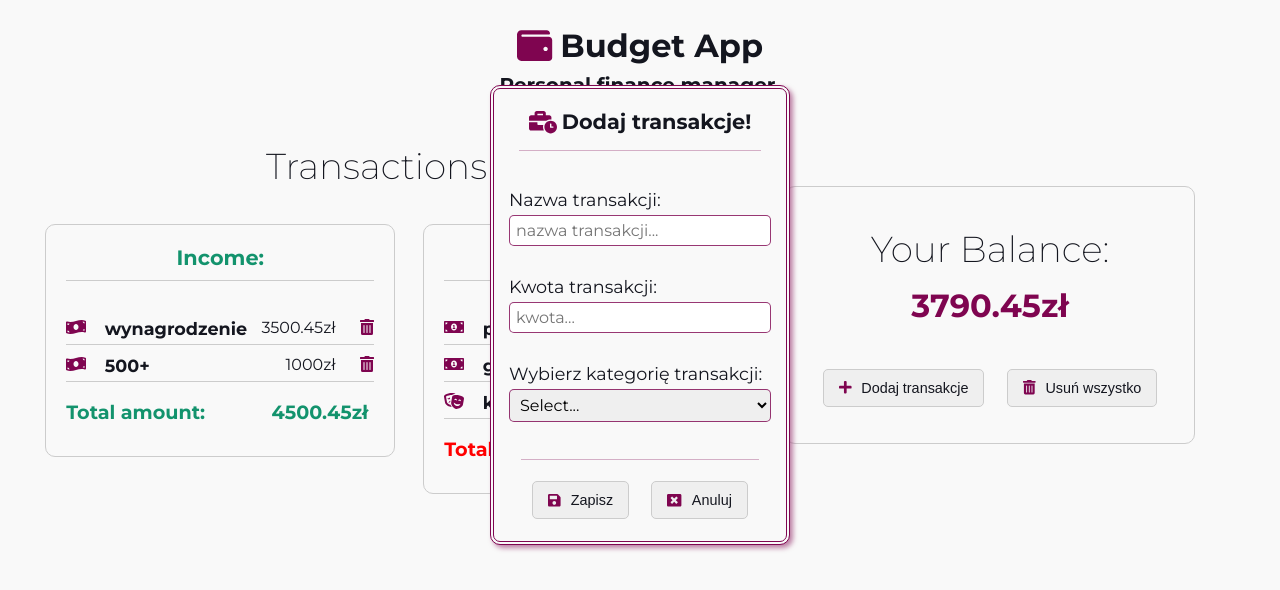
Repository: KrzysKolo/sr_tydzien4_zad4
Page: /, after clicking the first element matching `button.sc-iHGNWf`
An editor plug-in stored every save of this project. The page is shown before and after the next save, followed by the edit.
The browser window is 1280 px wide. The pictures show the whole page.
Some web libraries are served in a nearby version. The project was rebuilt for these pictures with package versions that can differ from the ones it lists, and the page was loaded fresh each time. Also part of the build but not shown: src/components/budgetComponents/formComponents/ErrorMessage.js.

Above is the page before, as saved 2020-12-14 18:52:08.

After the next save:
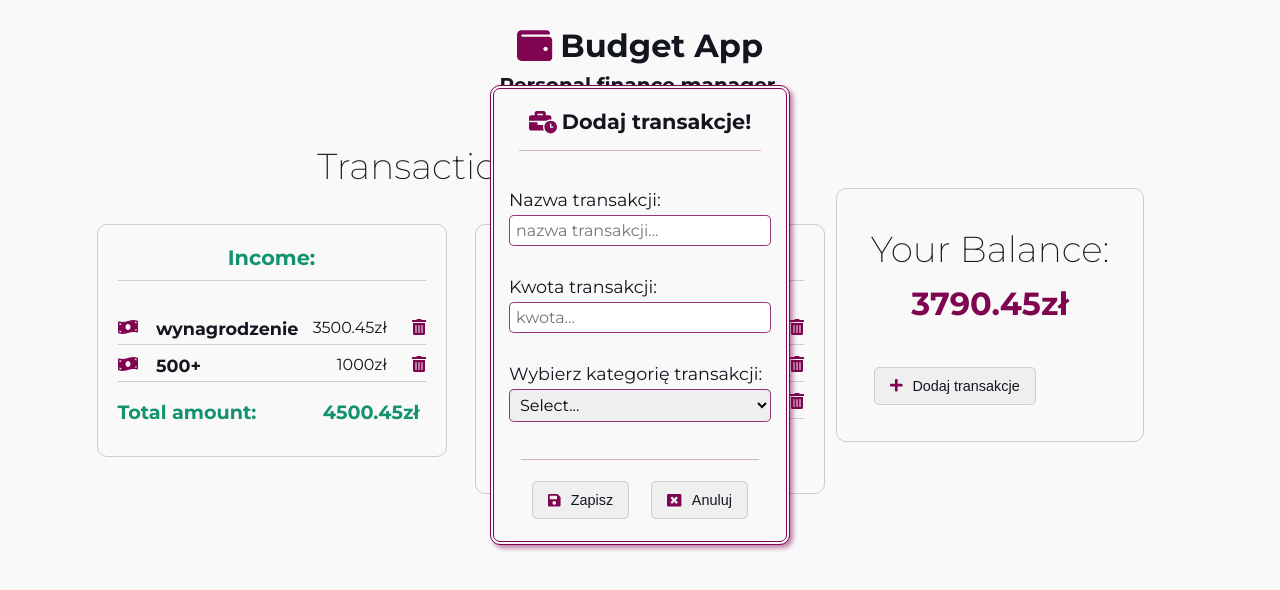
Saved 22 s later.
--- a/src/components/budgetComponents/SectionInfo.js
+++ b/src/components/budgetComponents/SectionInfo.js
@@ -31,7 +31,6 @@ const SectionInfo = ({ title, total }) => {
            <P total={total} />
            <ButtonWrapper>
                 <Button onClick={openForm} title="Dodaj transakcje" icons={faPlus} />
-                <Button title="Usuń wszystko" icons={faTrashAlt} type="submit" onClick={() => deleteTransactionsIncome()}/>
            </ButtonWrapper>
 
         </SectionWrapper>
